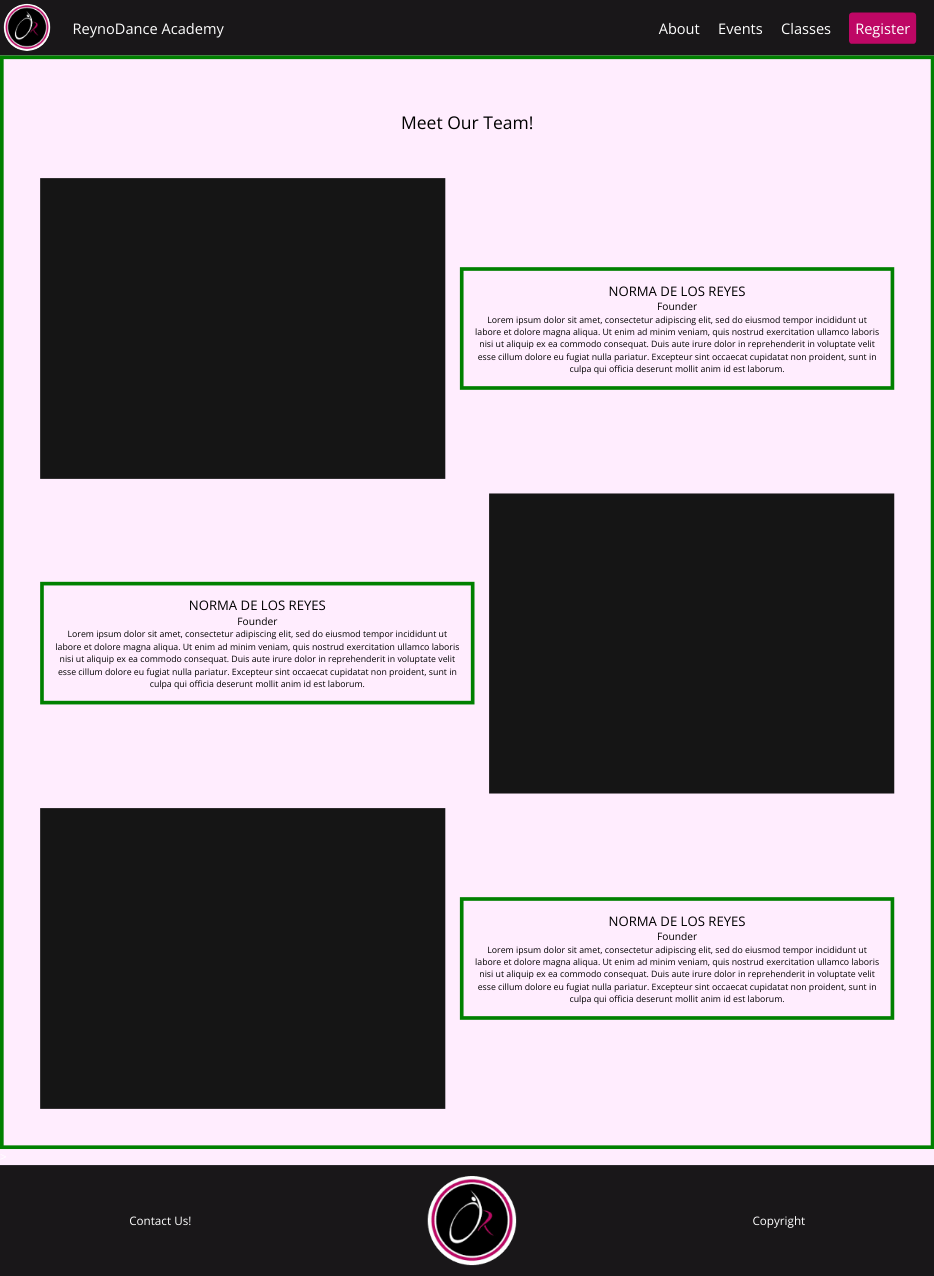
Repository: andreaelpz/reynodance-academy
Page: /about
An editor plug-in stored every save of this project. The page is shown before and after the next save, followed by the edit.
The browser window is 1280 px wide. The pictures show the whole page, at 73% of full size.
The project was rebuilt for these pictures with package versions that can differ from the ones it lists, and the page was loaded fresh each time. Also part of the build but not shown: angular.json, src/app/classes/classes.component.ts, src/app/events/events.component.ts, src/app/sign-in/sign-in.component.ts, src/app/dashboard/dashboard.component.ts, src/app/home/home.component.ts, src/app/user/register/register.component.ts, src/app/login/login.component.ts.

Above is the page before, as saved 2024-11-18 21:07:39.

### src/index.html
<!doctype html>
<html lang="en">
<head>
  <meta charset="utf-8">
  <title>ReynodanceAcademy</title>
  <base href="/">
  <meta name="viewport" content="width=device-width, initial-scale=1">
  <link rel="icon" type="image/x-icon" href="favicon.ico">
</head>
<body>
  <app-root></app-root>
</body>
</html>

### src/styles.css
/* You can add global styles to this file, and also import other style files */
@import url('https://fonts.googleapis.com/css2?family=Open+Sans:wght@300;400;500;600;700;800&display=swap');

:root {
  --black: rgb(0,0,0,.9);
  --lightPink: #FFEDFE;
  --hotPink: #BE0765;
}

body {
  margin: 0;
  background: var(--lightPink);
  font-family: 'Open Sans', sans-serif;
  font-weight: 300;
  color: white;
}

### src/app/app.module.ts
import { NgModule } from '@angular/core';
import { BrowserModule } from '@angular/platform-browser';
import { FormsModule } from '@angular/forms';
import { AppRoutingModule } from './app-routing.module';

import { AppComponent } from './app.component';
import { NavbarComponent } from './navbar/navbar.component';
import { AboutComponent } from './about/about.component';
import { ClassesComponent } from './classes/classes.component';
import { EventsComponent } from './events/events.component';
import { RegisterComponent } from './user/register/register.component';
import { LoginComponent } from './login/login.component';
import { SignInComponent } from './sign-in/sign-in.component';
import { DashboardComponent } from './dashboard/dashboard.component';
import { HomeComponent } from './home/home.component';
import { FooterComponent } from './footer/footer.component';

@NgModule({
  declarations: [
    AppComponent,
    NavbarComponent,
    AboutComponent,
    ClassesComponent,
    EventsComponent,
    RegisterComponent,
    LoginComponent,
    SignInComponent,
    DashboardComponent,
    HomeComponent,
    FooterComponent
  ],
  imports: [
    BrowserModule,
    AppRoutingModule,
    FormsModule
  ],
  providers: [],
  bootstrap: [AppComponent]
})
export class AppModule { }

### src/app/app-routing.module.ts
import { NgModule } from '@angular/core';
import { RouterModule, Routes } from '@angular/router';
import { AboutComponent } from './about/about.component';
import { ClassesComponent } from './classes/classes.component';
import { EventsComponent } from './events/events.component';
import { SignInComponent } from './sign-in/sign-in.component';
import { DashboardComponent } from './dashboard/dashboard.component';
import { HomeComponent } from './home/home.component';
import { RegisterComponent } from './user/register/register.component';

const routes: Routes = [
  {path: 'about', component: AboutComponent, title:"About - ReynoDance"},
  {path: 'classes', component: ClassesComponent, title:"Classes - ReynoDance"},
  {path: 'events', component: EventsComponent, title:"Events - ReynoDance"},
  {path: 'register', component: RegisterComponent, title:"Register - ReynoDance"},
  {path: 'sign-in', component: SignInComponent, title:"Sign-In - ReynoDance"},
  {path: 'dashboard', component: DashboardComponent, title:"Dashboard - ReynoDance"},
  {path: '', component: HomeComponent, title:"ReynoDance Academy"}
];

@NgModule({
  imports: [RouterModule.forRoot(routes)],
  exports: [RouterModule]
})
export class AppRoutingModule { }

### src/app/app.component.ts
import { Component } from '@angular/core';

@Component({
  selector: 'app-root',
  templateUrl: './app.component.html',
  styleUrls: ['./app.component.css']
})
export class AppComponent {
  title = 'reynodance-academy';
}

### src/app/navbar/navbar.component.html
<div class = "container">
  <div class = "left">
    <a href = ""> <img class = "logo" src="/assets/images/logo.png" alt="Logo"/> </a>
    <a href = "">ReynoDance Academy</a>
  </div>
  <div class = "right">
    <a href = "/about">About</a>
    <a href = "/events">Events</a>
    <a href = "/classes">Classes</a>
    <a class = "register" href = "/register">Register</a>
  </div>
</div>

### src/app/navbar/navbar.component.css
.container{
  display: flex;
  justify-content: space-between;
  font-size: 20px;
  background-color: var(--black);
}

.left{
  display: flex;
  align-items: center;
  margin-left: 5px;
}

.left *{
  margin-right: 15px;
}

.logo{
  height: 65px;
  border-radius: 100%;
  margin-top: 5px;
}

.right{
  display: flex;
  align-items: center;
  margin-right: 25px;
}

.right *{
  margin-left: 25px;
}

a{
  text-decoration: none;
  color: white;
}

.register{
  background-color: var(--hotPink);
  padding: 8px;
  border-radius: 5px;
}

.register:hover{
  border-color: 10px solid var(--hotPink);
  background-color: #FFEDFE;
  color: var(--hotPink);
  font-size: 18px;
  font-weight: 400;
  border-color: var(--hotPink)
}

### src/app/about/about.component.html
<div class = "container">
    <div class = "title">Meet Our Team!</div>
    <div class = "norma">
        <img class = "normaPhoto" src="/assets/images/norma.png">
        <div class = "normaTitle">NORMA DE LOS REYES
            <div class = "normaPos">Founder</div>
            <div class = "normaInfo">Lorem ipsum dolor sit amet, consectetur adipiscing elit, sed do eiusmod tempor incididunt ut labore et dolore magna aliqua. Ut enim ad minim veniam, quis nostrud exercitation ullamco laboris nisi ut aliquip ex ea commodo consequat. Duis aute irure dolor in reprehenderit in voluptate velit esse cillum dolore eu fugiat nulla pariatur. Excepteur sint occaecat cupidatat non proident, sunt in culpa qui officia deserunt mollit anim id est laborum.</div>
        </div>
    </div>

    <div class = "norma">
        <div class = "normaTitle">NORMA DE LOS REYES
            <div class = "normaPos">Founder</div>
            <div class = "normaInfo">Lorem ipsum dolor sit amet, consectetur adipiscing elit, sed do eiusmod tempor incididunt ut labore et dolore magna aliqua. Ut enim ad minim veniam, quis nostrud exercitation ullamco laboris nisi ut aliquip ex ea commodo consequat. Duis aute irure dolor in reprehenderit in voluptate velit esse cillum dolore eu fugiat nulla pariatur. Excepteur sint occaecat cupidatat non proident, sunt in culpa qui officia deserunt mollit anim id est laborum.</div>
        </div>
        <img class = "normaPhoto" src="/assets/images/norma.png">
    </div>

    <div class = "norma">
        <img class = "normaPhoto" src="/assets/images/norma.png">
        <div class = "normaTitle">NORMA DE LOS REYES
            <div class = "normaPos">Founder</div>
            <div class = "normaInfo">Lorem ipsum dolor sit amet, consectetur adipiscing elit, sed do eiusmod tempor incididunt ut labore et dolore magna aliqua. Ut enim ad minim veniam, quis nostrud exercitation ullamco laboris nisi ut aliquip ex ea commodo consequat. Duis aute irure dolor in reprehenderit in voluptate velit esse cillum dolore eu fugiat nulla pariatur. Excepteur sint occaecat cupidatat non proident, sunt in culpa qui officia deserunt mollit anim id est laborum.</div>
        </div>
    </div>
</div>>

### src/app/about/about.component.css
.container{
  color: black;
  display:flex;
  flex-direction: column;
  align-items: center;
  padding: 30px 50px 50px 50px;
  border: 5px solid green;
}

.title{
  font-size: 24px;
  margin: 40px;
}

.norma{
  display:flex;
  justify-content: space-between;
  align-items: center;
  margin-top: 20px;
  gap: 20px;
}

.normaPhoto{
  width: 50%;
}

.normaTitle{
  display:flex;
  flex-direction: column;
  align-items: center;
  border: 5px solid green;
  padding: 15px;
  width: 50%;
  font-size: 18px;
}

.normaPos{
  display: flex;
  font-size: 14px;
}

.normaInfo{
  display: flex;
  text-align: center;
  font-size: 12px;
}

### src/app/footer/footer.component.html
<div class = "container">
    <div class = "links">Contact Us!</div>
    <img class = "logo" src="/assets/images/logo.png">
    <div class = "copyright">Copyright</div>
</div>

### src/app/footer/footer.component.css
.container{
    background-color: var(--black);
    display: flex;
    flex-direction: row;
    justify-content: space-around;
    padding: 15px;
    align-items: center;
}

Loaded but not shown: src/main.ts (common file); src/app/navbar/navbar.component.ts (common file); src/app/about/about.component.ts (common file); src/app/footer/footer.component.ts (common file); src/app/app.component.html (common file); src/app/app.component.css (no copy from this time; the picture is the same without it)

After the next save:
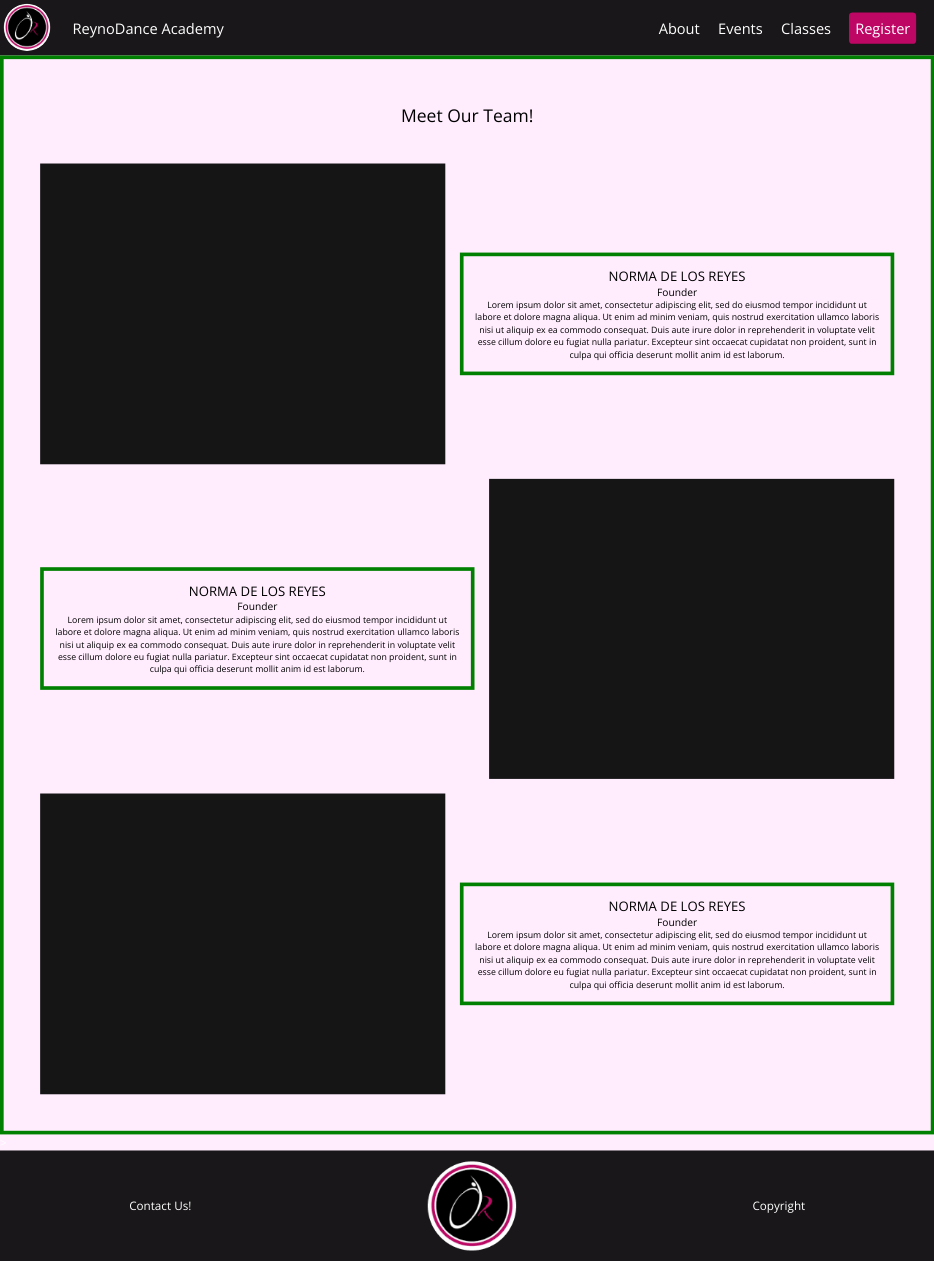
Saved 11 s later.
--- a/src/app/about/about.component.css
+++ b/src/app/about/about.component.css
@@ -9,7 +9,7 @@
 
 .title{
   font-size: 24px;
-  margin: 40px;
+  margin: 30px 40px;
 }
 
 .norma{

After the 2 saves that followed:
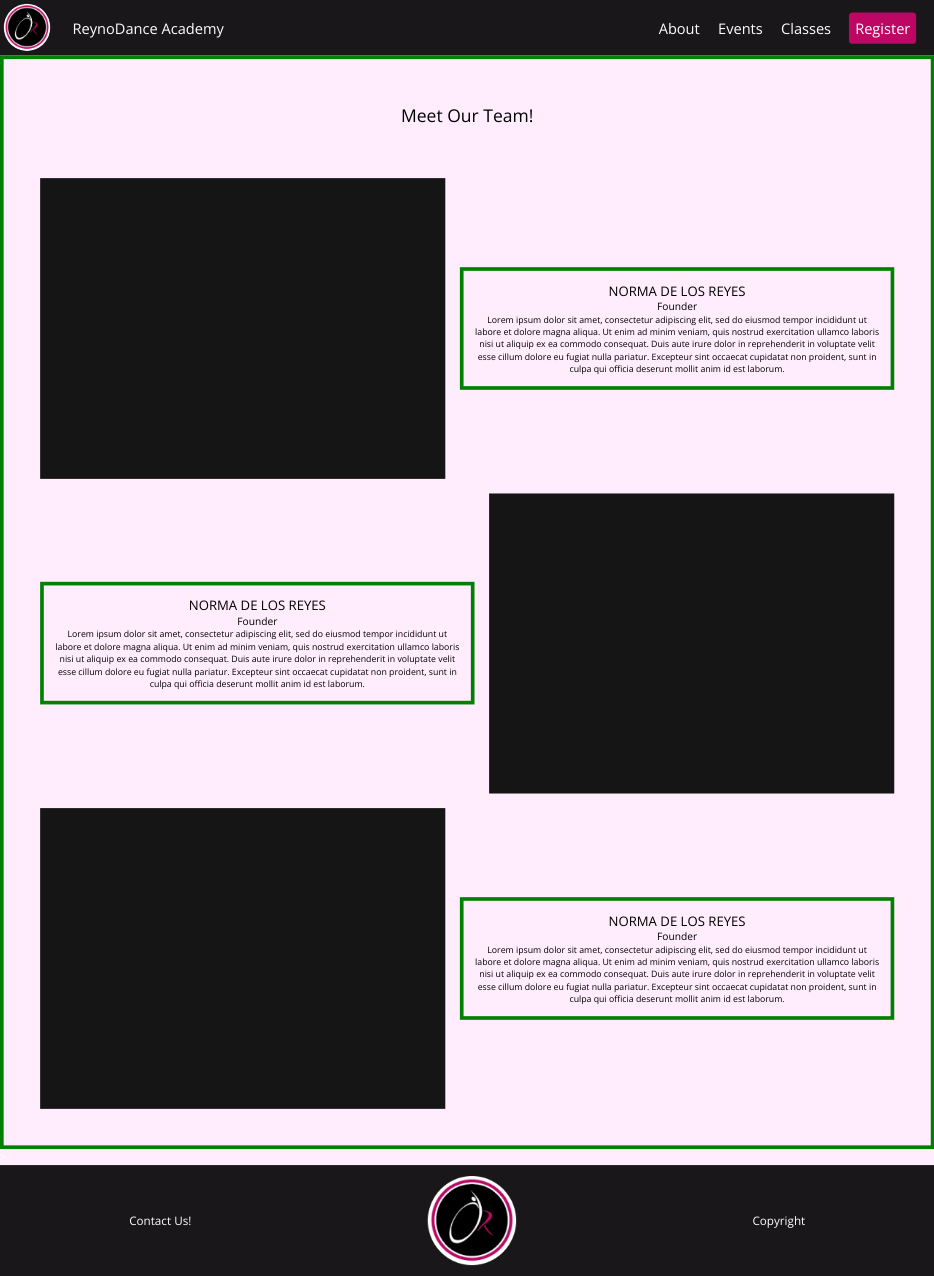
The 2 saves are shown as one change because they came seconds apart.
The last was saved 9 s later.
--- a/src/app/about/about.component.css
+++ b/src/app/about/about.component.css
@@ -9,7 +9,7 @@
 
 .title{
   font-size: 24px;
-  margin: 30px 40px;
+  margin: 30px 40px 50px 40px;
 }
 
 .norma{
